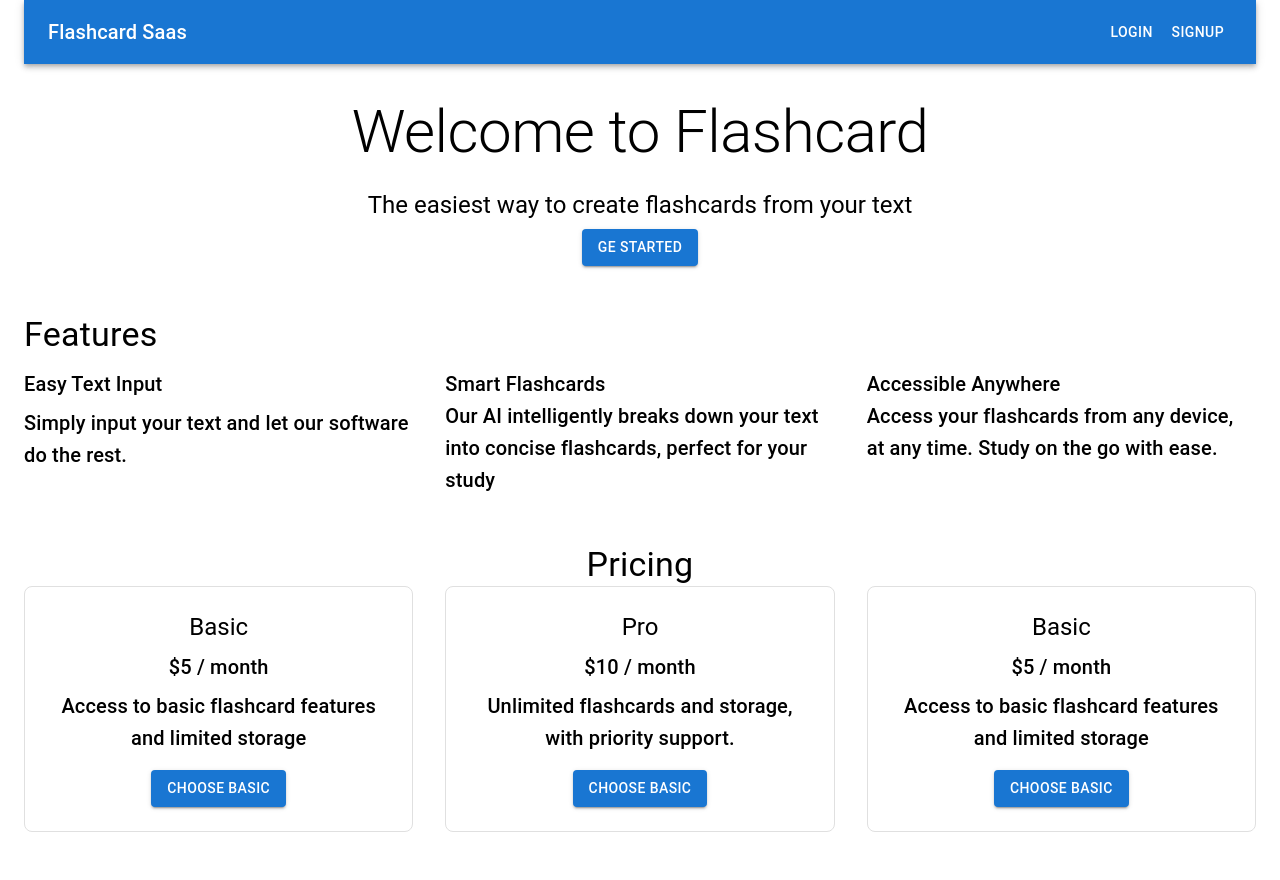
Repository: rakeshpuppala2590/AI-Flashcards-Stripe
Page: /
An editor plug-in stored every save of this project. The page is shown before and after the next save, followed by the edit.
The browser window is 1280 px wide. The pictures show the whole page.
The page's requests for data from a server got no answer. The project was rebuilt for these pictures with package versions that can differ from the ones it lists, and the page was loaded fresh each time. Some packages were replaced by stand-ins written for this rebuild. The framework's server and built-in components were replaced by stand-ins that run in the browser. No one was signed in, and anything a server would have sent is missing. Also part of the build but not shown: next.config.mjs.

Above is the page before, as saved 2024-08-12 15:25:27.

After the next save:
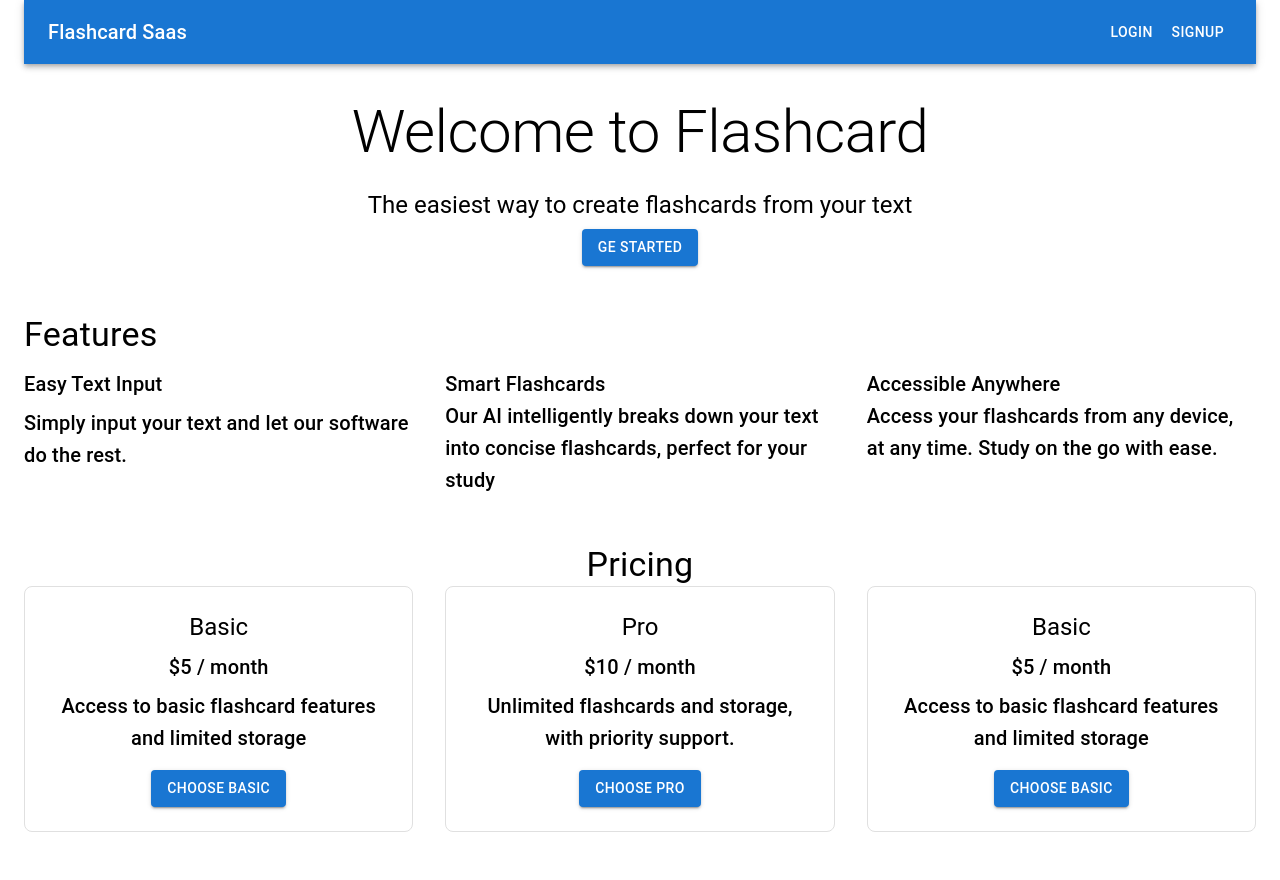
Saved 43 s later.
--- a/src/app/page.js
+++ b/src/app/page.js
@@ -137,7 +137,7 @@ export default function Home() {
                 Unlimited flashcards and storage, with priority support.
               </Typography>
               <Button variant="contained" color="primary" sx={{ mt: 2 }}>
-                Choose Basic
+                Choose Pro
               </Button>
             </Box>
           </Grid>
